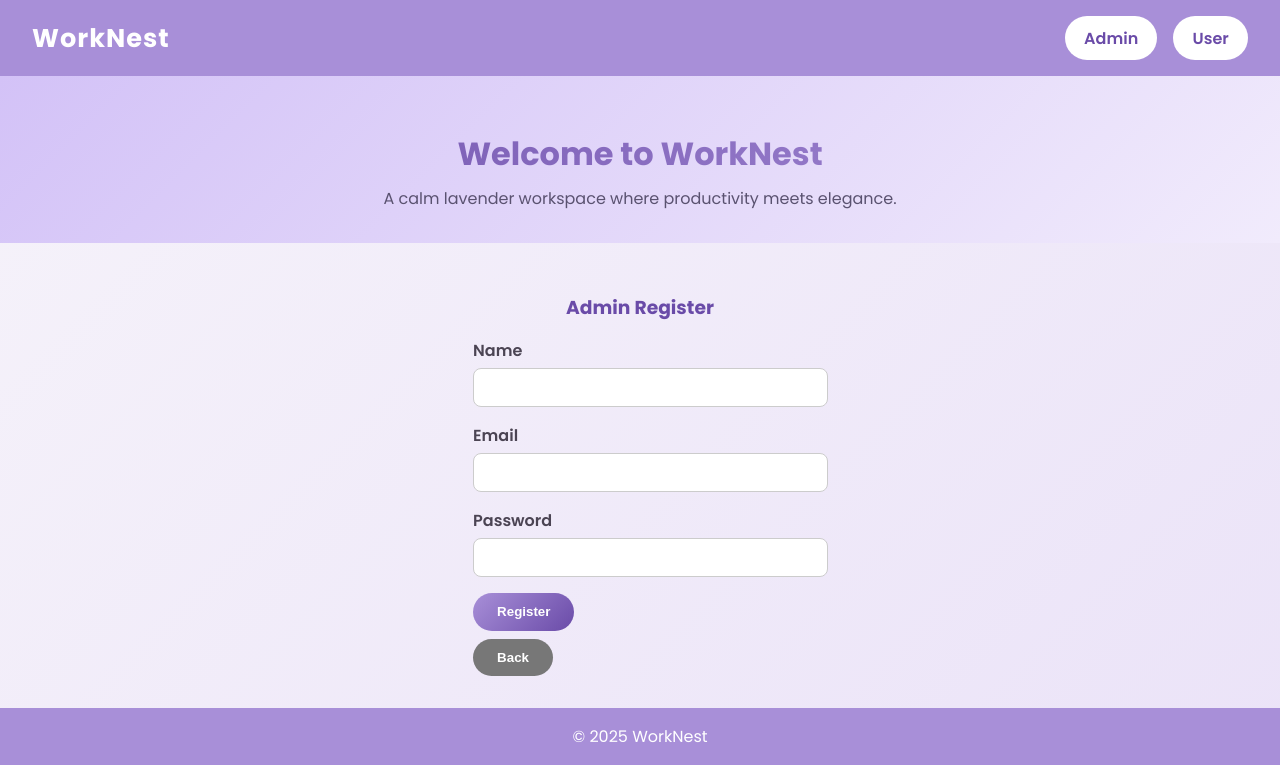
Repository: Sourav5harma/WiproProject
Page: http://localhost/WorkNestApp/WEB-INF/jsp/admin-register.jsp
An editor plug-in stored every save of this project. The page is shown before and after the next save, followed by the edit.
The browser window is 1280 px wide. The pictures show the whole page.
The page is served by Tomcat 9. Nobody is signed in. Other server files are loaded and not shown. The template is opened directly, without the code that normally fills it, so the values that code supplies are empty.

Above is the page before, as saved 2025-08-27 19:45:57.

### WorkNestApp/src/main/webapp/WEB-INF/jsp/admin-register.jsp
<%@ page contentType="text/html;charset=UTF-8" language="java"%>
<%@ taglib prefix="c" uri="http://java.sun.com/jsp/jstl/core"%>
<!DOCTYPE html>
<html lang="en">
<head>
  <title>WorkNest</title>
  <link href="https://fonts.googleapis.com/css2?family=Poppins:wght@400;600;700&display=swap" rel="stylesheet">

  <style>
    body {
      margin: 0;
      min-height: 100vh;
      display: flex;
      flex-direction: column;
      font-family: 'Poppins', sans-serif;
      background: linear-gradient(135deg, #f6f3fa, #ebe3f8);
      color: #4b4453;
    }

    nav {
      display: flex;
      justify-content: space-between;
      align-items: center;
      background: #a88fd8;
      padding: 1rem 2rem;
    }

    nav .title {
      font-size: 1.6rem;
      font-weight: 700;
      color: white;
      letter-spacing: 1px;
    }

    nav .actions {
      display: flex;
      gap: 1rem;
    }

    nav .actions a {
      padding: 0.6rem 1.2rem;
      border-radius: 30px;
      background: white;
      color: #6a4ba8;
      font-weight: 600;
      text-decoration: none;
      transition: all 0.3s ease;
    }

    nav .actions a:hover {
      background: #d3c2f7;
      color: white;
    }

    .hero {
      text-align: center;
      padding: 2rem 1rem;
      background: linear-gradient(135deg, #d3c2f7, #f1ebfc);
    }

    .hero h1 {
      font-size: 2rem;
      margin-bottom: 0.5rem;
      background: linear-gradient(to right, #6a4ba8, #a88fd8);
      -webkit-background-clip: text;
      -webkit-text-fill-color: transparent;
    }

    .hero p {
      font-size: 1rem;
      color: #5a5270;
      max-width: 600px;
      margin: 0 auto;
    }

    .container {
      flex-grow: 1;
      max-width: 600px;
      margin: 2rem auto;
      padding: 0 1.5rem;
    }

    h3 {
      color: #6a4ba8;
      margin-bottom: 1rem;
      text-align: center;
    }

    label {
      font-weight: 600;
      display: block;
      margin-bottom: 0.3rem;
    }

    input {
      width: 100%;
      padding: 0.6rem;
      margin-bottom: 1rem;
      border: 1px solid #ccc;
      border-radius: 0.5rem;
      font-size: 1rem;
    }

    .btn {
      display: inline-block;
      padding: 0.7rem 1.5rem;
      border-radius: 50px;
      background: linear-gradient(135deg, #a88fd8, #6a4ba8);
      color: white;
      font-weight: 600;
      text-decoration: none;
      border: none;
      cursor: pointer;
      transition: all 0.3s ease;
    }

    .btn:hover {
      box-shadow: 0 6px 16px rgba(168,143,216,0.4);
      transform: translateY(-2px);
    }

    .btn-secondary {
      background: #777;
      margin-top: 0.5rem;
    }

    footer {
      background: #a88fd8;
      color: white;
      padding: 1rem;
      text-align: center;
      margin-top: auto;
    }
  </style>
</head>
<body>
  <nav>
    <div class="title">WorkNest</div>
    <div class="actions">
      <a href="<c:url value='/admin/login'/>">Admin</a>
      <a href="<c:url value='/user/login'/>">User</a>
    </div>
  </nav>

  <div class="hero">
    <h1>Welcome to WorkNest</h1>
    <p>A calm lavender workspace where productivity meets elegance.</p>
  </div>

  <div class="container">
    <h3>Admin Register</h3>

    <c:if test="${not empty error}">
      <div style="color: red; margin-bottom: 1rem;">${error}</div>
    </c:if>

    <form method="post" action="<c:url value='/admin/register'/>">
      <label>Name</label>
      <input name="name" required>

      <label>Email</label>
      <input name="email" type="email" required>

      <label>Password</label>
      <input name="password" type="password" required>

      <button class="btn">Register</button>
    </form>

    <button type="button" class="btn btn-secondary" onclick="history.back()">Back</button>
  </div>

  <footer>© 2025 WorkNest</footer>
</body>
</html>

After the next save:
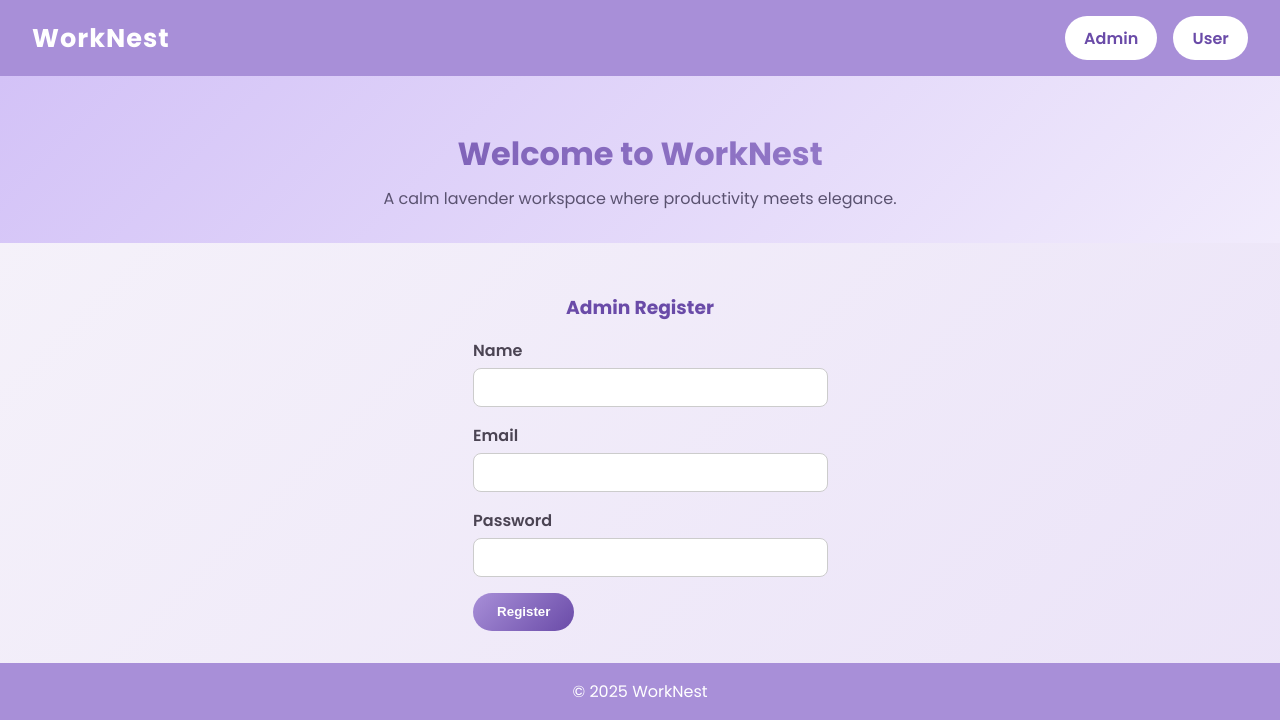
Saved 17 s later.
--- a/WorkNestApp/src/main/webapp/WEB-INF/jsp/admin-register.jsp
+++ b/WorkNestApp/src/main/webapp/WEB-INF/jsp/admin-register.jsp
@@ -167,7 +167,7 @@
       <button class="btn">Register</button>
     </form>
 
-    <button type="button" class="btn btn-secondary" onclick="history.back()">Back</button>
+
   </div>
 
   <footer>© 2025 WorkNest</footer>
